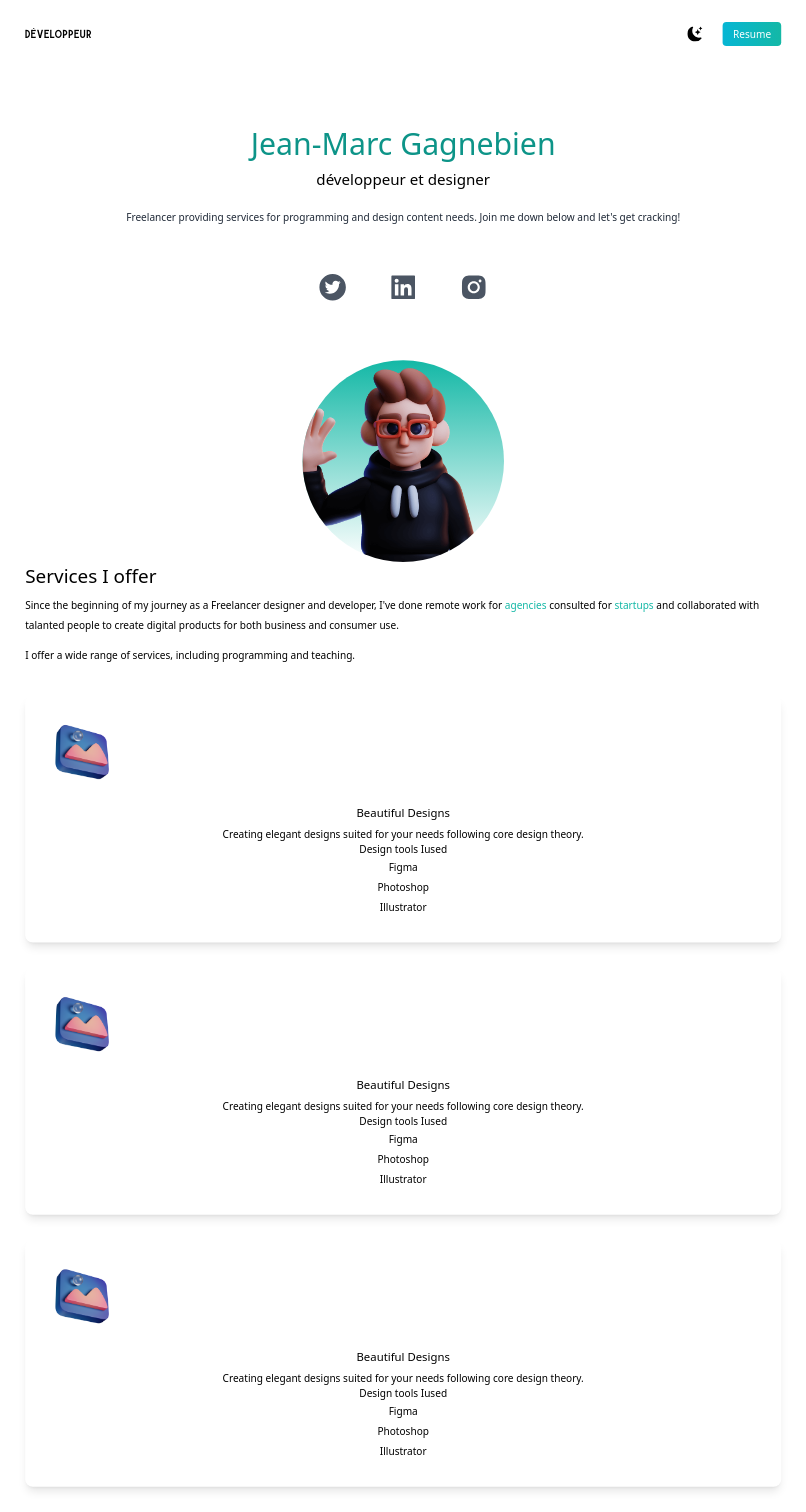
Repository: Jean-MarcG/portfoli_next
Page: /
These files come from the project's save history. The page is drawn as it stood at one moment and after the next save; the edit follows.
The browser window is 1280 px wide. The pictures show the whole page, at 63% of full size.
The project was rebuilt for these pictures with package versions that can differ from the ones it lists, and the page was loaded fresh each time. The framework's server and built-in components were replaced by stand-ins that run in the browser. Also part of the build but not shown: next.config.js.

Above is the page before, as saved 2023-04-03 11:07:08.

After the next save:
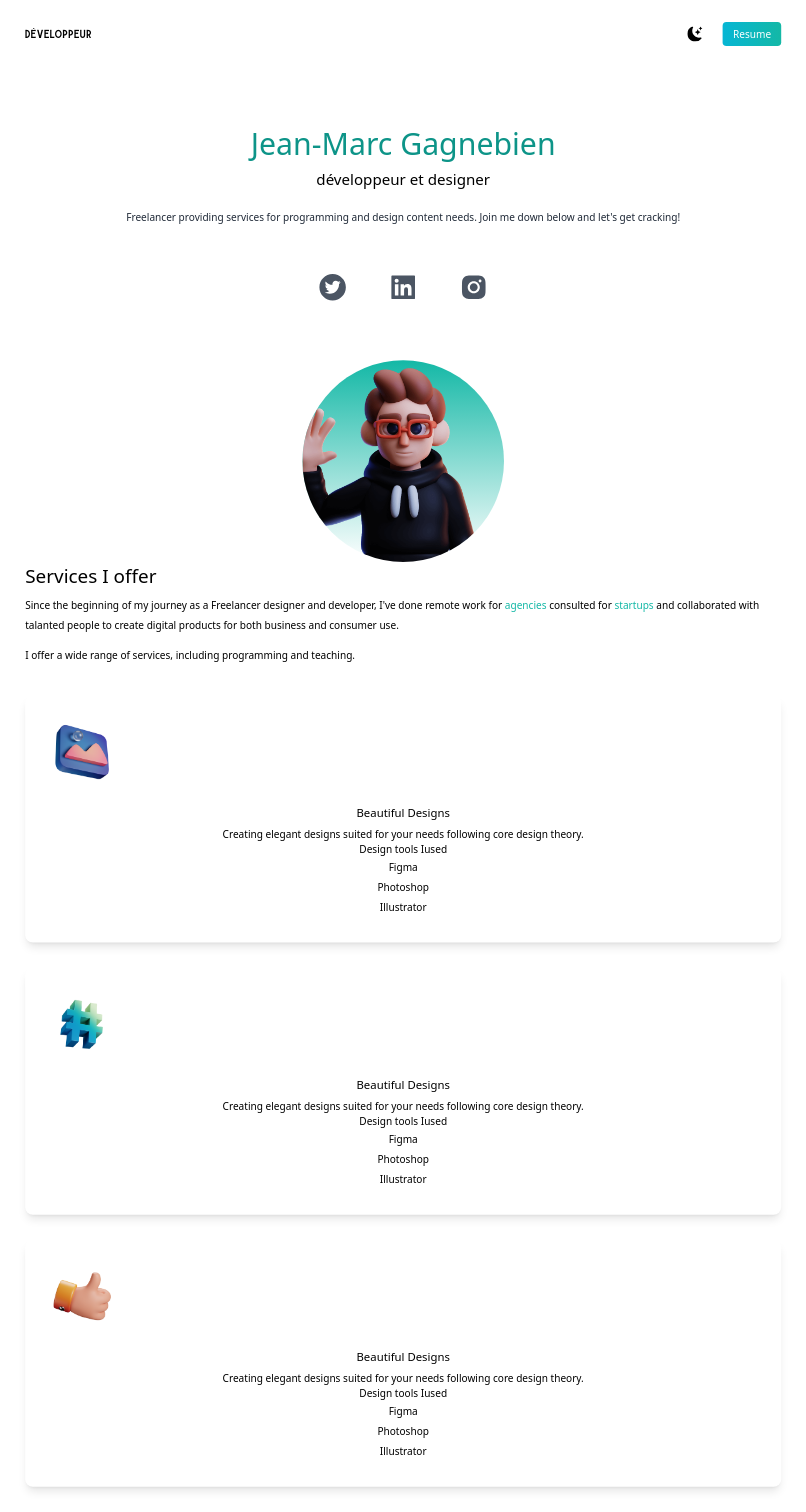
Saved 41 s later.
--- a/pages/index.js
+++ b/pages/index.js
@@ -71,7 +71,7 @@
             </div>
           </div>
             <div className='text-center shadow-lg p-10 rounded-xl my-10'>
-              <Image src={design} alt='image design' width={100} height={100} />
+              <Image src={code} alt='image code' width={100} height={100} />
               <h3 className='text-lg font-medium pt-8 pb-2'>Beautiful Designs</h3>
               <p>
                 Creating elegant designs suited for your needs following core design theory.
@@ -82,7 +82,7 @@
               <p className='text-grey-800 py-1'>Illustrator</p>
             </div>
             <div className='text-center shadow-lg p-10 rounded-xl my-10'>
-              <Image src={design} alt='image design' width={100} height={100} />
+              <Image src={consulting} alt='image design' width={100} height={100} />
               <h3 className='text-lg font-medium pt-8 pb-2'>Beautiful Designs</h3>
               <p>
                 Creating elegant designs suited for your needs following core design theory.
